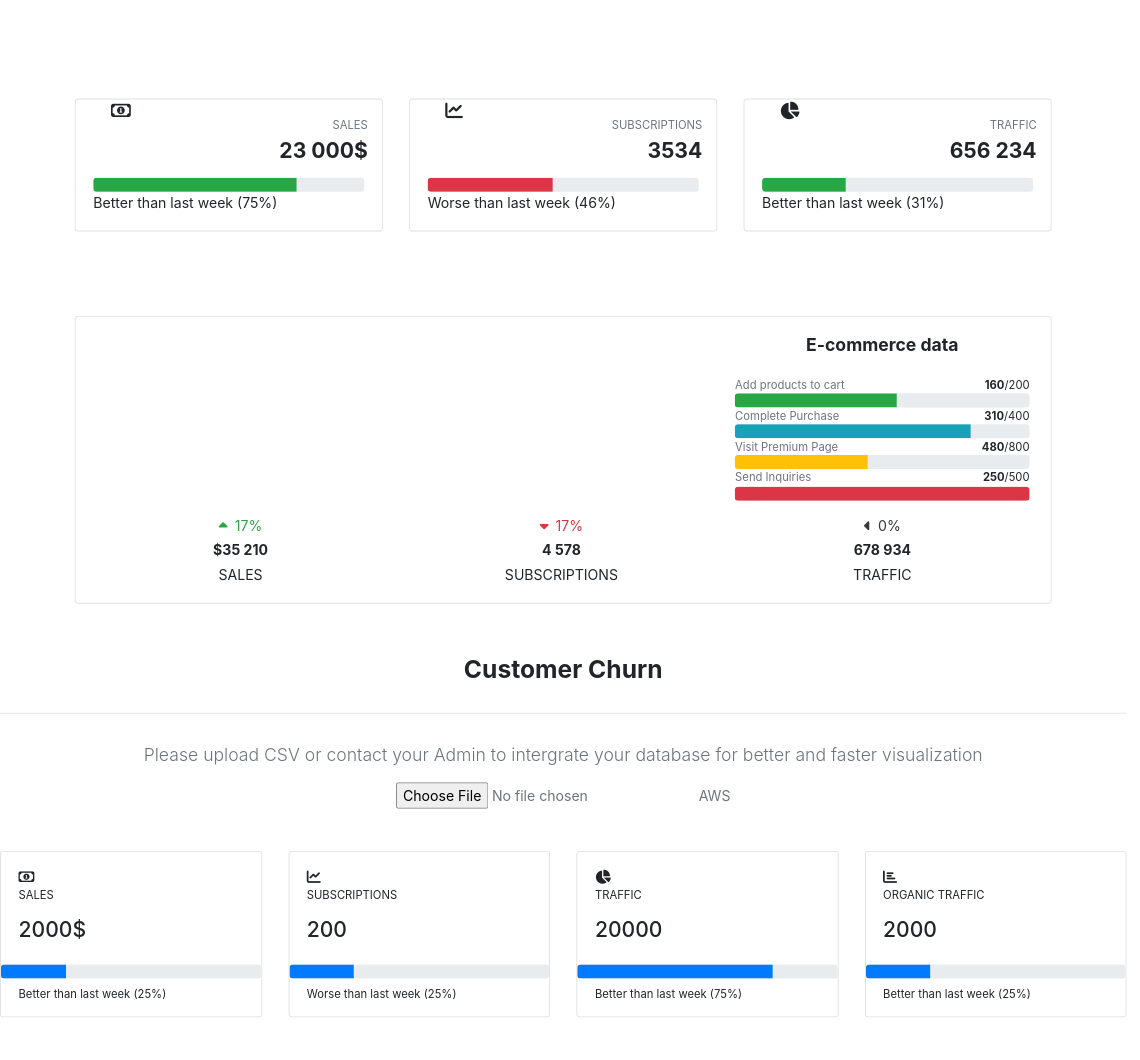
Repository: Tookliin/DigiTech
Page: /profile
These files come from the project's save history. The page is drawn as it stood at one moment and after the next save; the edit follows.
The browser window is 1280 px wide. The page is 1295 px wide, so the pictures cover 1295 px, including what lies to the right of the window. The pictures show the whole page, at 88% of full size.
The project was rebuilt for these pictures with package versions that can differ from the ones it lists, and the page was loaded fresh each time. Also part of the build but not shown: src/components/Dashboard.vue, src/components/Error.vue, src/components/Register.vue, src/components/Organization.vue.

Above is the page before, as saved 2020-07-21 23:24:08.

### src/main.js
import Vue from 'vue';
import App from './App.vue';
import VueRouter from 'vue-router';
// import 'bootstrap-icons';
// import 'bootstrap-icons/icons';
import 'jquery';
import 'popper.js';
import 'bootstrap';
import 'bootstrap/dist/css/bootstrap.min.css';
import './assets/css/main.css';
import '@fortawesome/fontawesome-free/css/all.min.css';
import 'bootstrap-css-only/css/bootstrap.min.css';
import Dashboard from './components/Dashboard.vue';
import Profile from './components/Profile';
import Error from './components/Error.vue';
import Register from './components/Register.vue';
import Organization from './components/Organization.vue';

Vue.use(VueRouter);
Vue.config.productionTip = false

const router = new VueRouter({
routes: [
  {path: '/', component: Dashboard},
  {path: '/profile', component: Profile},
  {path: '/register', component: Register},
  {path: '/data', component: Organization},
  {path: '*', component: Error}
],
mode: 'history'
});
new Vue({
  router,
  render: h => h(App)
}).$mount('#app');

### src/App.vue
<template>
  <div id="app">
    <main class="">
  <nav class="navbar fixed-top navbar-expand-lg navbar-dark scrolling-navbar">
        <a class="navbar-brand" href="#"><strong>DigiTech</strong></a>
        <button class="navbar-toggler" type="button" data-toggle="collapse" data-target="#navbarSupportedContent" aria-controls="navbarSupportedContent" aria-expanded="false" aria-label="Toggle navigation">
            <span class="navbar-toggler-icon"></span>
        </button>
        <div class="collapse navbar-collapse" id="navbarSupportedContent">
            <ul class="navbar-nav mr-auto">
              <router-link to="/login">
              <a class="nav-link" href="#">Dashboard <span class="sr-only">(current)</span></a></router-link>

                <router-link to="/profile">
                  <a class="nav-link" >Our Services</a>
                </router-link>


                 <li class="nav-item dropdown">
          <a class="nav-link dropdown-toggle" id="navbarDropdownMenuLink-4" data-toggle="dropdown" aria-haspopup="true"
            aria-expanded="false">
           My Profile
          </a>
          <div class="dropdown-menu dropdown-menu-right dropdown-info" aria-labelledby="navbarDropdownMenuLink-4">
             <router-link to="/login">
             <a class="dropdown-item">My account</a></router-link>

             <router-link to="/register">
             <a class="dropdown-item">Register</a></router-link>

             <router-link to="/logout">
             <a class="dropdown-item">Log out</a></router-link>



            <!-- <a class="dropdown-item" href="/data">Our Clients</a> -->
          </div>
        </li>
            </ul>
        </div>
    </nav>
    </main>
    <router-view/>
  </div>
</template>
<script>
export default {
  name: "App",
  components:{

  },
  data(){
    return{}
  }
}
</script>

### src/assets/css/main.css
html,
body,
header,
.view {
  height: 100%;
}

.navbar {
    background-color: transparent;
}

@media (max-width: 740px) {
  html,
  body,
  header,
  .view {
    height: 1200px;
  }
}
@media (min-width: 800px) and (max-width: 850px) {
  html,
  body,
  header,
  .view {
    height: 700px;
  }
}

.top-nav-collapse {
  background-color: #39448c !important;
}

.navbar:not(.top-nav-collapse) {
  background: transparent !important;
}

@media (max-width: 991px) {
 .navbar:not(.top-nav-collapse) {
  background: #39448c !important;
 }
}

### src/components/Profile.vue
<template>

<div class="">
<div class="profile" style="height: 100vh;">

<div class="container ">
    <div class="row">
      <div class="col-lg-4 col-md-12 py-5 my-5">
        <div class="card mt-3">

          <div class="">
            <i class="far fa-money-bill-alt fa-lg primary-color z-depth-2 p-4 ml-3 mt-n3 rounded text-black"></i>
            <div class="float-right text-right p-3">
              <p class="text-uppercase text-muted mb-1"><small>sales</small></p>
              <h4 class="font-weight-bold mb-0">23 000$</h4>
            </div>
          </div>

          <div class="card-body pt-0">
            <div class="progress md-progress">
              <div class="progress-bar bg-success" role="progressbar" style="width: 75%" aria-valuenow="75" aria-valuemin="0"
                aria-valuemax="100"></div>
            </div>
            <p class="card-text">Better than last week (75%)</p>
          </div>
        </div>
      </div>

      <div class="col-lg-4 col-md-6 my-5 py-5">
        <div class="card mt-3">
          <div class="">
            <i class="fas fa-chart-line fa-lg teal z-depth-2 p-4 ml-3 mt-n3 rounded text-black"></i>
            <div class="float-right text-right p-3">
              <p class="text-uppercase text-muted mb-1"><small>subscriptions</small></p>
              <h4 class="font-weight-bold mb-0">3534</h4>
            </div>
          </div>
          <div class="card-body pt-0">
            <div class="progress md-progress">
              <div class="progress-bar bg-danger" role="progressbar" style="width: 46%" aria-valuenow="46" aria-valuemin="0"
                aria-valuemax="100"></div>
            </div>
            <p class="card-text">Worse than last week (46%)</p>
          </div>
        </div>
      </div>

      <div class="col-lg-4 col-md-6 my-5 py-5">
        <div class="card mt-3">
          <div class="">
            <i class="fas fa-chart-pie fa-lg purple z-depth-2 p-4 ml-3 mt-n3 rounded text-black"></i>
            <div class="float-right text-right p-3">
              <p class="text-uppercase text-muted mb-1"><small>traffic</small></p>
              <h4 class="font-weight-bold mb-0">656 234</h4>
            </div>
          </div>
          <div class="card-body pt-0">
            <div class="progress md-progress">
              <div class="progress-bar bg-success" role="progressbar" style="width: 31%" aria-valuenow="31" aria-valuemin="0"
                aria-valuemax="100"></div>
            </div>
            <p class="card-text">Better than last week (31%)</p>
          </div>
        </div>
      </div>
    </div>


    <!-- Client Behaviour -->
 <section>
      <div class=" client-card card">
        <div class="card-body mr-md-1">
          <div class="row mb-3">
            <div class="col-md-8 mb-4">
              <canvas id="barChart" height="100"></canvas>
            </div>
            <div class="col-md-4 mb-1 mb-md-0">
              <h5 class="text-center font-weight-bold mb-4">E-commerce data</h5>
              <div class="d-flex justify-content-between">
                <small class="text-muted">Add products to cart</small>
                <small><span><strong>160</strong></span>/<span></span>200</small>
              </div>
              <div class="progress md-progress">
                <div class="progress-bar bg-success" role="progressbar" style="width: 55%" aria-valuenow="55"
                  aria-valuemin="0" aria-valuemax="100"></div>
              </div>
              <div class="d-flex justify-content-between">
                <small class="text-muted">Complete Purchase</small>
                <small><span><strong>310</strong></span>/<span></span>400</small>
              </div>
              <div class="progress md-progress">
                <div class="progress-bar bg-info" role="progressbar" style="width: 80%" aria-valuenow="80"
                  aria-valuemin="0" aria-valuemax="100"></div>
              </div>
              <div class="d-flex justify-content-between">
                <small class="text-muted">Visit Premium Page</small>
                <small><span><strong>480</strong></span>/<span></span>800</small>
              </div>
              <div class="progress md-progress">
                <div class="progress-bar bg-warning" role="progressbar" style="width: 45%" aria-valuenow="45"
                  aria-valuemin="0" aria-valuemax="100"></div>
              </div>
              <div class="d-flex justify-content-between">
                <small class="text-muted">Send Inquiries</small>
                <small><span><strong>250</strong></span>/<span></span>500</small>
              </div>
              <div class="progress md-progress">
                <div class="progress-bar bg-danger" role="progressbar" style="width: 100%" aria-valuenow="100"
                  aria-valuemin="0" aria-valuemax="100"></div>
              </div>
            </div>
          </div>
          <div class="row text-center">
            <div class="col-md-4 mb-4 mb-md-0">
              <p class="text-success mb-1"><i class="fas fa-caret-up mr-2"></i>17%</p>
              <p class="font-weight-bold mb-1">$35 210</p>
              <p class="text-uppercase mb-md-0">Sales</p>
            </div>
            <div class="col-md-4 mb-4 mb-md-0">
              <p class="text-danger mb-1"><i class="fas fa-caret-down mr-2"></i>17%</p>
              <p class="font-weight-bold mb-1">4 578</p>
              <p class="text-uppercase mb-md-0">Subscriptions</p>
            </div>
            <div class="col-md-4 mb-0">
              <p class="text-dark mb-1"><i class="fas fa-caret-left mr-2"></i>0%</p>
              <p class="font-weight-bold mb-1">678 934</p>
              <p class="text-uppercase mb-0">Traffic</p>
            </div>
          </div>
        </div>
      </div>
    </section>






    </div>
    </div>

<!-- Customer Churn -->
<section class=" customer-churn py-4">

    <h3 class="font-weight-bold text-center dark-grey-text pb-2">
        Customer Churn</h3>
    <hr class="w-header my-4">
    <p class="lead text-center text-muted pt-2 mb-3">Please upload CSV or contact your Admin to intergrate your database for better and faster visualization

    </p>

    <div class="text-center text-muted mb-5">
        <input type="file" name="form" id="form">
        <a class="primary-color">AWS</a>
    </div>


    <div class="row white-text">
      <div class="col-xl-3 col-md-6 mb-4">
        <div class="sales card classic-admin-card primary-color">
          <div class="card-body py-3">
            <i class="far fa-money-bill-alt"></i>
            <p class="small">SALES</p>
            <h4>2000$</h4>
          </div>
          <div class="progress md-progress">
            <div class="progress-bar grey darken-3" role="progressbar" style="width: 25%" aria-valuenow="25" aria-valuemin="0" aria-valuemax="100"></div>
          </div>
          <div class="card-body pt-2 pb-3">
            <p class="small mb-0">Better than last week (25%)</p>
          </div>
        </div>
      </div>

      <div class="col-xl-3 col-md-6 mb-4">
        <div class="subscription card classic-admin-card warning-color">
          <div class="card-body py-3">
            <i class="fas fa-chart-line"></i>
            <p class="small">SUBSCRIPTIONS</p>
            <h4>200</h4>
          </div>
          <div class="progress md-progress">
            <div class="progress-bar bg grey darken-3" role="progressbar" style="width: 25%" aria-valuenow="25" aria-valuemin="0" aria-valuemax="100"></div>
          </div>
          <div class="card-body pt-2 pb-3">
            <p class="small mb-0">Worse than last week (25%)</p>
          </div>
        </div>
      </div>

      <div class="col-xl-3 col-md-6 mb-4">
        <div class="traffic card classic-admin-card light-blue lighten-1">
          <div class="card-body py-3">
            <i class="fas fa-chart-pie"></i>
            <p class="small">TRAFFIC</p>
            <h4>20000</h4>
          </div>
          <div class="progress md-progress">
            <div class="progress-bar grey darken-3" role="progressbar" style="width: 75%" aria-valuenow="75" aria-valuemin="0" aria-valuemax="100"></div>
          </div>
          <div class="card-body pt-2 pb-3">
            <p class="small mb-0">Better than last week (75%)</p>
          </div>
        </div>
      </div>

      <div class="col-xl-3 col-md-6 mb-4">
        <div class="organic card classic-admin-card red accent-2">
          <div class="card-body py-3">
            <i class="fas fa-chart-bar"></i>
            <p class="small">ORGANIC TRAFFIC</p>
            <h4>2000</h4>
          </div>
          <div class="progress md-progress">
            <div class="progress-bar grey darken-3" role="progressbar" style="width: 25%" aria-valuenow="25" aria-valuemin="0" aria-valuemax="100"></div>
          </div>
          <div class="card-body pt-2 pb-3">
            <p class="small mb-0">Better than last week (25%)</p>
          </div>
        </div>
      </div>
    </div>
  </section>


    </div>
</template>
<script>
export default {
    name: 'Profile',
    props:{

    }, data() {
        return {
myBarChart: ""




        }
    },
    mounted() {

    this.ctxB = document.getElementById("barChart").getContext('2d');
    this.myBarChart =  {
      type: 'bar',
      data: {
        labels: ["Red", "Blue", "Yellow", "Green", "Purple", "Orange"],
        datasets: [{
          label: '# of Votes',
          data: [12, 19, 3, 5, 2, 3],
          backgroundColor: [
            'rgba(255, 99, 132, 0.2)',
            'rgba(54, 162, 235, 0.2)',
            'rgba(255, 206, 86, 0.2)',
            'rgba(75, 192, 192, 0.2)',
            'rgba(153, 102, 255, 0.2)',
            'rgba(255, 159, 64, 0.2)'
          ],
          borderColor: [
            'rgba(255,99,132,1)',
            'rgba(54, 162, 235, 1)',
            'rgba(255, 206, 86, 1)',
            'rgba(75, 192, 192, 1)',
            'rgba(153, 102, 255, 1)',
            'rgba(255, 159, 64, 1)'
          ],
          borderWidth: 1
        }]
      },
      options: {
        scales: {
          yAxes: [{
            ticks: {
              beginAtZero: true
            }
          }]
        }
      }
    };
    },
    methods: {

    },
}
</script>

Loaded but not shown: public/index.html (common file)

After the next save:
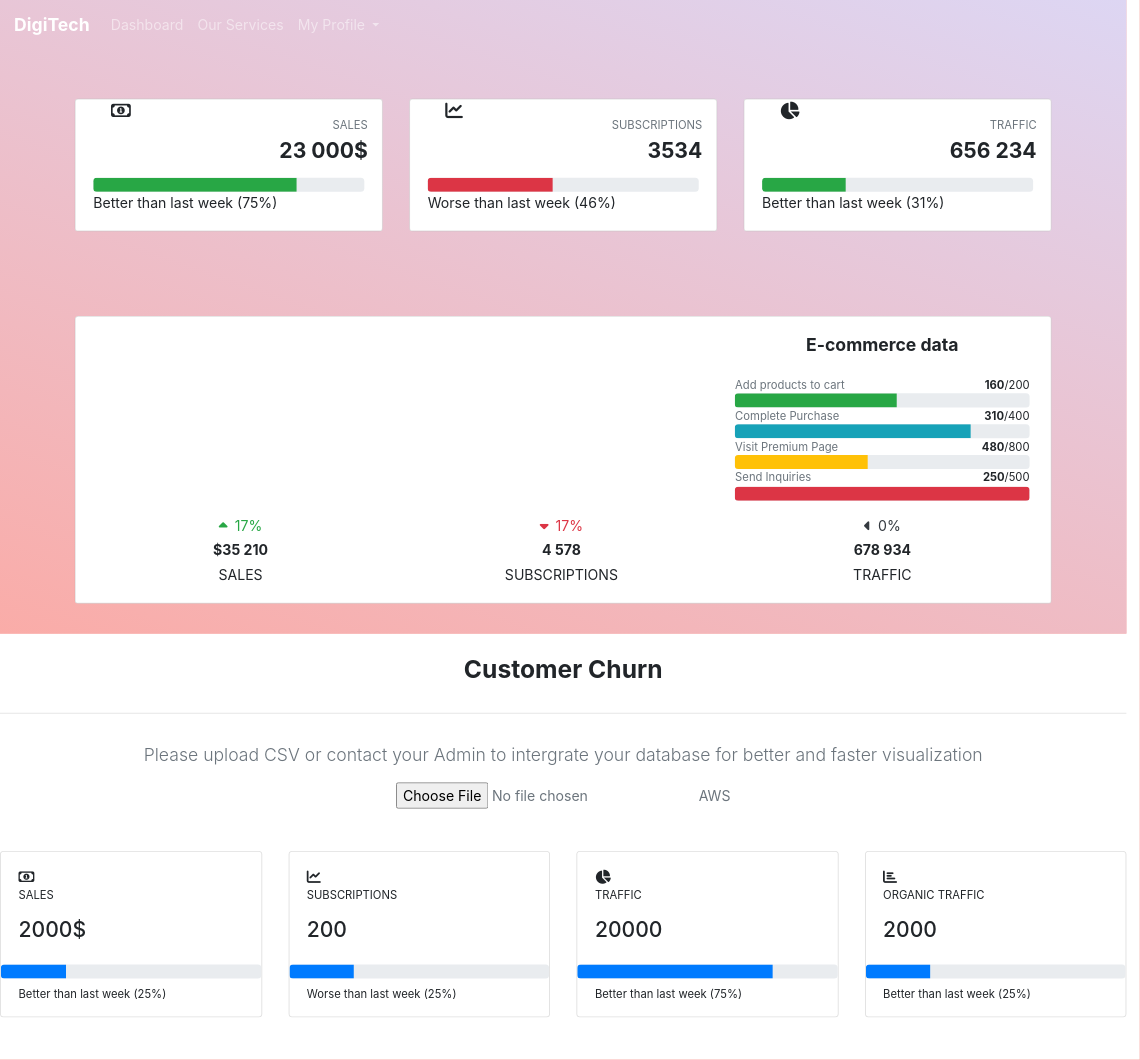
Saved 56 s later.
--- a/src/assets/css/main.css
+++ b/src/assets/css/main.css
@@ -39,3 +39,13 @@ header,
   background: #39448c !important;
  }
 }
+
+
+ .profile{
+    background-color: #FAACA8;
+background-image: -webkit-linear-gradient(19deg, #FAACA8 0%, #DDD6F3 100%);
+background-image: -moz-linear-gradient(19deg, #FAACA8 0%, #DDD6F3 100%);
+background-image: -o-linear-gradient(19deg, #FAACA8 0%, #DDD6F3 100%);
+background-image: linear-gradient(19deg, #FAACA8 0%, #DDD6F3 100%);
+
+ }
